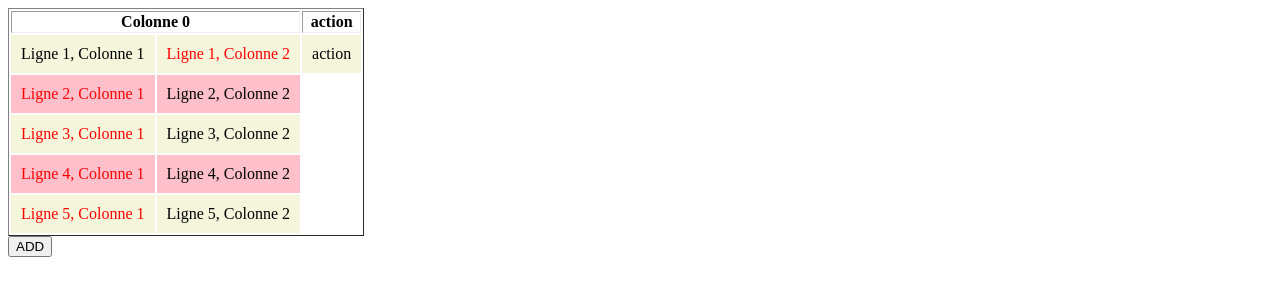
Repository: Chaimaa482/web-tp4
Page: ex1.html
An editor plug-in stored every save of this project. The page is shown before and after a run of saves, followed by the edit.
The browser window is 1280 px wide. The pictures show the whole page.

Above is the page before, as saved 2023-10-29 15:04:37.

After the next 4 saves:
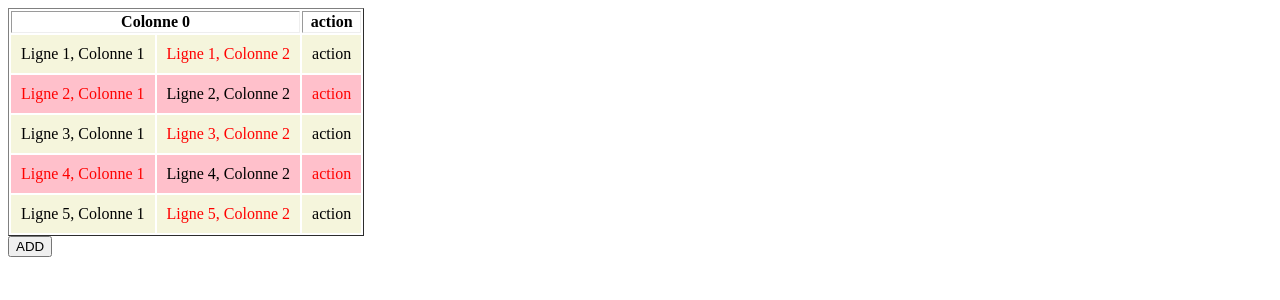
The 4 saves are shown as one change because they came seconds apart.
The last was saved 12 s later.
--- a/ex1.html
+++ b/ex1.html
@@ -17,18 +17,22 @@
         <tr>
             <td>Ligne 2, Colonne 1</td>
             <td>Ligne 2, Colonne 2</td>
+            <td>action</td>
         </tr>
         <tr>
             <td>Ligne 3, Colonne 1</td>
             <td>Ligne 3, Colonne 2</td>
+            <td>action</td>
         </tr>
         <tr>
             <td>Ligne 4, Colonne 1</td>
             <td>Ligne 4, Colonne 2</td>
+            <td>action</td>
         </tr>
         <tr>
             <td>Ligne 5, Colonne 1</td>
             <td>Ligne 5, Colonne 2</td>
+            <td>action</td>
         </tr>
 
 
